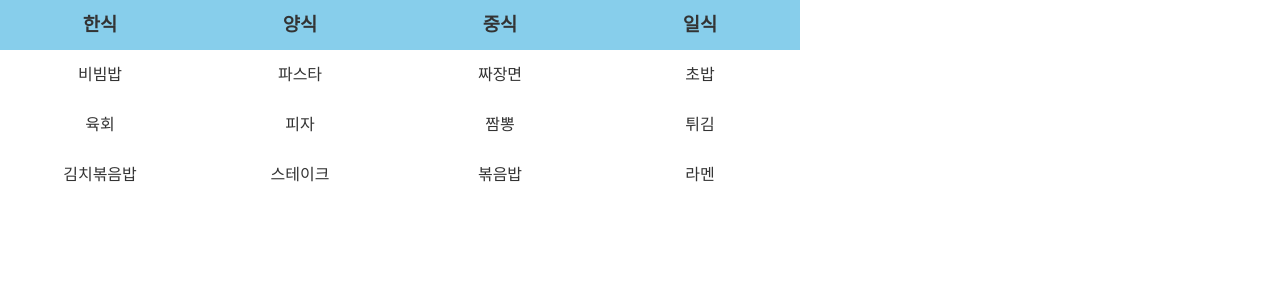
Repository: gwonjunsu95/html5
Page: html5/WebContent/day0304.html
The author's editor kept a copy of each file at every save. The page is drawn from the files as they stood at one save, then again after the next save.
The browser window is 1280 px wide. The pictures show the whole page.
The pointer rests on the first visible `.nav > ul > li`.

Above is the page before, as saved 2020-04-20 05:25:42.

### html5/WebContent/day0304.html
<!DOCTYPE html>
<html>
<head>
	<meta charset="UTF-8">
	<title>Insert title here</title>
	<style>
		*{
			margin: 0;
			padding: 0;
			text-decoration: none;
			list-style: none;
			color: #333;
		}

		.nav > ul > li {
			width: 200px;
			height: 50px;
			line-height: 50px;
			text-align: center;
			float: left;
			background: skyblue;
		}
	</style>
</head>
<body>
	<div class = "nav">
		<ul>
			<li>
				<h3><a href = "#">한식</a></h3>
				<ul>
					<li><a href = "#">비빔밥</a></li>
					<li><a href = "#">육회</a></li>
					<li><a href = "#">김치볶음밥</a></li>
				</ul>
			</li>
			<li>
				<h3><a href = "#">양식</a></h3>
				<ul>
					<li><a href = "#">파스타</a></li>
					<li><a href = "#">피자</a></li>
					<li><a href = "#">스테이크</a></li>
				</ul>
			</li>
			<li>
				<h3><a href = "#">중식</a></h3>
				<ul>
					<li><a href = "#">짜장면</a></li>
					<li><a href = "#">짬뽕</a></li>
					<li><a href = "#">볶음밥</a></li>
				</ul>
			</li>
			<li>
				<h3><a href = "#">일식</a></h3>
				<ul>
					<li><a href = "#">초밥</a></li>
					<li><a href = "#">튀김</a></li>
					<li><a href = "#">라멘</a></li>
				</ul>
			</li>
		</ul>
	</div>
</body>
</html>

After the next save:
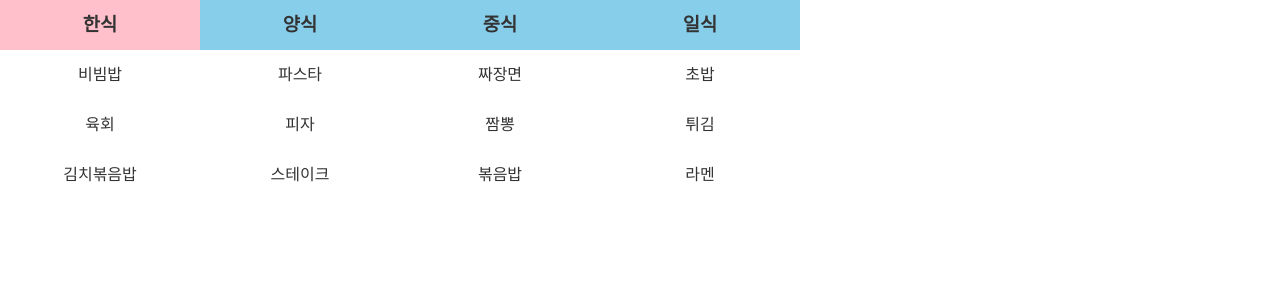
Saved 62 s later.
--- a/html5/WebContent/day0304.html
+++ b/html5/WebContent/day0304.html
@@ -20,6 +20,10 @@
 			float: left;
 			background: skyblue;
 		}
+
+			.nav > ul > li:hover{
+				background: pink;
+			}
 	</style>
 </head>
 <body>
